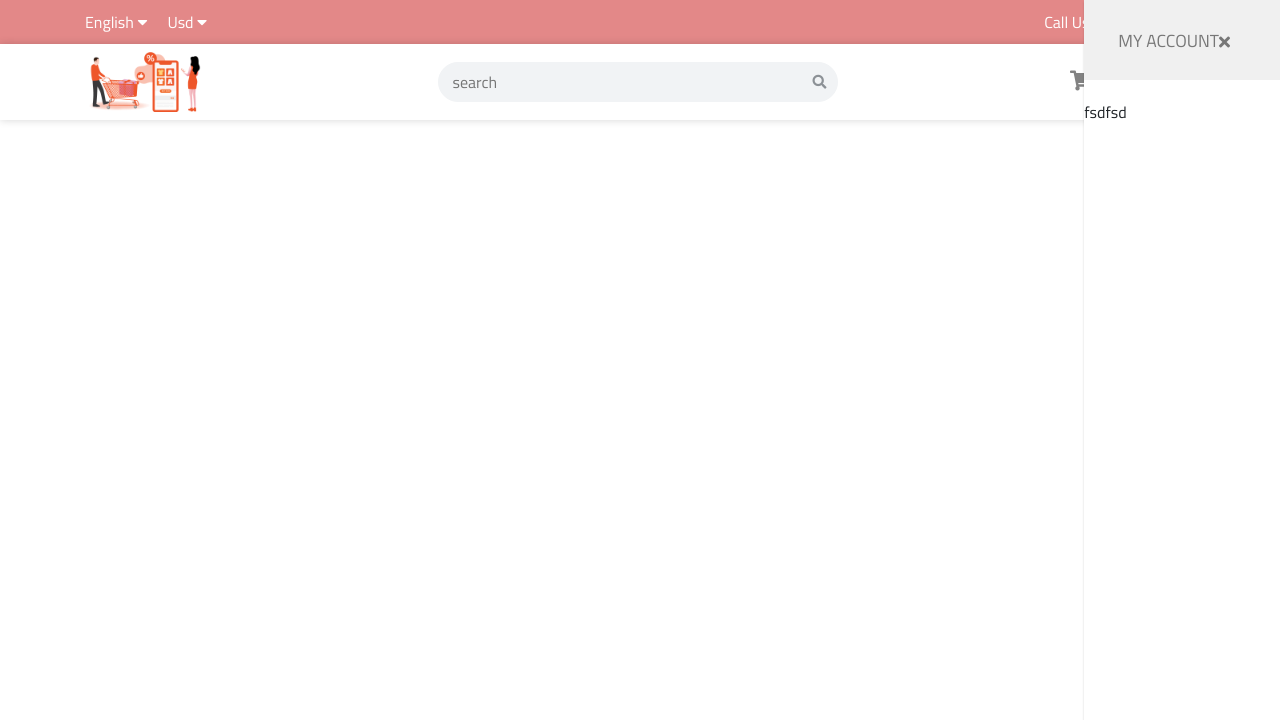
Repository: amrh20/ecommerce-temp
Page: src/index.html
The author's editor kept a copy of each file at every save. The page is drawn from the files as they stood at one save, then again after the next save.
The browser window is 1280 px wide. The pictures show the whole page.
The style sheet was rebuilt from its Sass, Less or Tailwind sources for each picture, by a compiler version that may differ from the author's.

Above is the page before, as saved 2020-01-19 13:35:11.

### src/index.html
<!DOCTYPE html>
<html lang="en" dir="ltr">

<head>
  <!-- Mobile specific metas===========================-->
  <meta charset="UTF-8">
  <meta name="viewport" content="width=device-width, initial-scale=1.0">
  <meta http-equiv="X-UA-Compatible" content="ie=edge">
  <!-- Basic page needs===========================-->
  <title>template</title>
  <!-- Favicon===========================-->
  <!-- <link rel="shortcut icon" type="image/x-icon" href="./images/fave-icon.png"> -->
  <!-- Css Base And Vendor ===========================-->
  <link rel="stylesheet" href="./vendors/bootstrap-4/css/bootstrap.min.css">
  <link rel="stylesheet" href="./vendors/fontawesome5.2/css/all.min.css">
  <link rel="stylesheet" href="./vendors/slickslider/slick.css">
  <!-- Site Style===========================-->
  <link rel="stylesheet" href="./styles/main.css">
  <!--[if lt IE 9]>
            <script src="https://oss.maxcdn.com/html5shiv/3.7.2/html5shiv.min.js"></script>
            <script src="https://oss.maxcdn.com/respond/1.4.2/respond.min.js"></script>
        <![endif]-->
</head>

<body>
  <div class="wrapper">
    <div class="body_overlay">
      <!-- start header -->
      <header>
        <div class="header">
          <!-- start top header -->
          <div class="top_header">
            <div class="container">
              <div class="top-header_content">
                <!-- dropdowns -->
                <div class="top_header-dropdowns">
                  <!-- start language dropdown -->
                  <div class="langauge-dropdown">
                    <div class="top_header-dropdown-head">
                      <span>english</span>
                      <i class="fas fa-caret-down"></i>
                      <div class="top_header-dropdown-content">
                        <ul>
                          <li>english</li>
                          <li>french</li>
                        </ul>
                      </div>
                    </div>

                  </div><!-- end language dropdown -->

                  <!-- start currency dropdown -->
                  <div class="currency-dropdown">
                    <div class="top_header-dropdown-head">
                      <span>usd</span>
                      <i class="fas fa-caret-down"></i>
                      <div class="top_header-dropdown-content">
                        <ul>
                          <li>egb</li>
                          <li>usd</li>
                        </ul>
                      </div>
                    </div>

                  </div><!-- end currency dropdown -->
                </div>
                <!-- contact -->
                <div class="top_header-contact">
                  <p>Call Us: 01010161601</p>
                </div>

              </div>


            </div>
          </div><!-- end top header -->
          <!-- start middle haeder -->
          <div class="mid_header">
            <div class="container">
              <div class="mid_header-content">
                <!-- logo -->
                <div class="logo">
                  <img src="./images/logo.png" alt="logo">
                </div>
                <!-- search -->
                <div class="search">
                  <input type="text" placeholder="search">
                  <i class="fas fa-search"></i>
                </div>
                <!-- icons -->
                <div class="icons">
                  <!-- shopping cart view -->
                  <div class="shopping-cart">
                    <div class="icon_head cart-icon_head">
                      <i class="fas fa-shopping-cart"></i>
                       <!-- numbers view -->
                       <div class="overlay_nummbers">
                         3
                       </div>
                    </div>
                  <!-- satrt content -->
                    <div class="shopping-cart_content custom_content">
                      <div class="shopping-cart_details custom_details">
                        <div class="shopping-cart_row custom_row">
                          <div class="product_img">
                            <img src="./images/product-cart.png" alt="">
                          </div>
                          <div class="product_details">
                            <p class="product_name">Marvelous Modern 3 Seater</p>
                            <p class="product_price"> 599,00 <span>egb</span> </p>
                            <p>Qty: <span>1</span></p>
                          </div>
                          <div class="delete_product">
                            <i class="fa fa-times"></i>
                          </div>
                        </div>
                        <div class="shopping-cart_row custom_row">
                          <div class="product_img">
                            <img src="./images/product-cart.png" alt="">
                          </div>
                          <div class="product_details">
                            <p class="product_name">Marvelous Modern 3 Seater</p>
                            <p class="product_price"> 599,00 <span>egb</span> </p>
                            <p>Qty: <span>1</span></p>
                          </div>
                          <div class="delete_product">
                            <i class="fa fa-times"></i>
                          </div>
                        </div>
                        <div class="shopping-cart_row custom_row">
                          <div class="product_img">
                            <img src="./images/product-cart.png" alt="">
                          </div>
                          <div class="product_details">
                            <p class="product_name">Marvelous Modern 3 Seater</p>
                            <p class="product_price"> 599,00 <span>egb</span> </p>
                            <p>Qty: <span>1</span></p>
                          </div>
                          <div class="delete_product">
                            <i class="fa fa-times"></i>
                          </div>
                        </div>
                      </div>
                   <!-- triangle view -->
                      <div class="custom-overlay">
                      </div>

                      <div class="total_price">
                        <span>sub total</span>
                        <span>800,00 egb</span>
                      </div>
                      <div class="cart_btns">
                        <button class="temp_button">view cart</button>
                        <button class="temp_button checkout_btn">checkout</button>
                      </div>
                    </div>

                  </div>
                   <!-- wishlist view -->
                  <div class="wishlist-view">
                    <div class="icon_head wishlist-icon_head">
                      <i class="far fa-heart"></i>
                      <div class="overlay_nummbers">
                        3
                      </div>
                    </div>
                    <div class="wishlist-view_content custom_content">
                      <div class="wishlist-view_details custom_detaiLs">
                        <div class="wishlist-view_row custom_row">
                          <div class="product-details">
                            <p class="product_name">Woman Ring</p>
                            <p class="product_price"> <span>1</span> x 1000,00 egb</p>
                          </div>
                          <div class="product_img">
                            <img src="./images/wishlist_product.jpg" alt="wishlist_product">
                            <i class="fa fa-times"></i>
                          </div>
                        </div>
                        <div class="wishlist-view_row custom_row">
                          <div class="product-details">
                            <p class="product_name">Woman Ring</p>
                            <p class="product_price"> <span>1</span> x 1000,00 egb</p>
                          </div>
                          <div class="product_img">
                            <img src="./images/wishlist_product.jpg" alt="wishlist_product">
                            <i class="fa fa-times"></i>
                          </div>
                        </div>
                        <div class="wishlist-view_row custom_row">
                          <div class="product-details">
                            <p class="product_name">Woman Ring</p>
                            <p class="product_price"> <span>1</span> x 1000,00 egb</p>
                          </div>
                          <div class="product_img">
                            <img src="./images/wishlist_product.jpg" alt="wishlist_product">
                            <i class="fa fa-times"></i>
                          </div>
                        </div>
                        <div class="wishlist-view_row custom_row">
                          <div class="product-details">
                            <p class="product_name">Woman Ring</p>
                            <p class="product_price"> <span>1</span> x 1000,00 egb</p>
                          </div>
                          <div class="product_img">
                            <img src="./images/wishlist_product.jpg" alt="wishlist_product">
                            <i class="fa fa-times"></i>
                          </div>
                        </div>
                      </div>
                      <div class="custom-overlay">
                      </div>
                      <div class="wishlist_btn">
                        <button class="temp_button ">view wishlist</button>
                      </div>
                    </div>

                  </div>
                  <!-- compare view -->
                  <div class="compare-view">
                    <div class="icon_head compare-icon_head">
                      <i class="fa fa-random"></i>
                      <div class="overlay_nummbers">
                        3
                      </div>
                    </div>
                    <div class="compare-view_content custom_content">
                      <div class="compare-view_details custom_detaiLs">
                        <div class="compare-view_col">
                          <img src="./images/compareproduct.jpg" alt="compareproduct">
                          <p class="product_name">Marvelous Modern 3 Seater</p>
                           <p><span>3</span> x 1000,00 egb</p>
                        </div>
                        <div class="compare-view_col">
                          <img src="./images/compareproduct.jpg" alt="compareproduct">
                          <p class="product_name">Marvelous Modern 3 Seater</p>
                           <p><span>3</span> x 1000,00 egb</p>
                        </div>
                        <div class="compare-view_col">
                          <img src="./images/compareproduct.jpg" alt="compareproduct">
                          <p class="product_name">Marvelous Modern 3 Seater</p>
                           <p><span>3</span> x 1000,00 egb</p>
                        </div>
                        <div class="compare-view_col">
                          <img src="./images/compareproduct.jpg" alt="compareproduct">
                          <p class="product_name">Marvelous Modern 3 Seater</p>
                           <p><span>3</span> x 1000,00 egb</p>
                        </div>
                      </div>
                      <div class="custom-overlay">
                      </div>
                      <div class="compare_btn">
                        <button class="temp_button ">view compare</button>
                      </div>
                    </div>
                  </div>
                  <div class="icon">
                    <i class="far fa-user"></i>
                  </div>

                </div>
              </div>
            </div>
          </div>
          <!-- end middle haeder -->
        </div>
      </header><!-- end header -->

      <!-- accounts view -->
      <div class="accounts_view">
          <div class="accounts_view-title">
            <h3>my account</h3>
            <span><i class="fa fa-times"></i></span>
          </div>
          <div class="accounts_view-content">
            fsdfsd
          </div>
      </div>
    </div>
  </div>

  </div>
  <!--Scripts Plugins========================-->
  <script src="./vendors/jquery/jquery-3.3.1.min.js"></script>
  <script src="./vendors/bootstrap-4/js/bootstrap.min.js"></script>
  <!-- Custom js ====================-->
  <script src="scripts/app.js"></script>
</body>

</html>

### src/styles/main.scss
/* imports sass files
========================*/
@import "../styles/variables.scss";
@import "../styles/buttons.scss";
@import "../styles/forms.scss";
@import "../styles/header.scss";
@import "../styles/base.scss";
@import "../styles/general.scss";

### src/styles/variables.scss
/* our sass varaibles
========================*/
$main-color :#e38888;
$second-color :#222222;
$icons-color :#828282;
$white: #fff;
$black : #000;
$top-header-hover :#e5e5e5;

### src/styles/buttons.scss
@import "../styles/variables.scss";

/* Buttons
==================================*/

### src/styles/header.scss
@import "../styles/variables.scss";

.header {

  // start top header
  .top_header {
    background-color: $main-color;
    color: $white;
    padding: 10px 0;

    .top-header_content {
      display: flex;
      justify-content: space-between;

      .top_header-dropdowns {
        display: flex;

        .langauge-dropdown,
        .currency-dropdown {
          position: relative;

          .top_header-dropdown-head {
            cursor: pointer;
            width: fit-content;
            text-transform: capitalize;

            .top_header-dropdown-content {
              background-color: $white;
              position: absolute;
              top: 52px;
              box-shadow: 0 0 8px 0 rgba(0, 0, 0, 0.17);
              color: $black;
              min-width: 80px;
              text-transform: capitalize;
              opacity: 0;
              visibility: hidden;
              transition: all 0.3s ease-in-out;

              ul {
                li {
                  padding: 10px;
                  cursor: pointer;

                  &:first-of-type {
                    padding-bottom: 0;
                  }

                  &:hover {
                    color: $main-color;
                  }
                }
              }
            }

            &:hover {
              .top_header-dropdown-content {
                opacity: 1;
                visibility: visible;
                top: 32px;
              }
            }
          }
        }

        .langauge-dropdown {
          margin-right: 20px;
        }
      }
    }
  }

  // start middle header
  .mid_header {
    box-shadow: 0 0 8px 0 rgba(0, 0, 0, 0.17);
    padding: 8px 0;

    .mid_header-content {
      display: flex;
      align-items: center;
      justify-content: space-between;

      .logo {
        img {
          max-height: 60px;
        }
      }

      // search
      .search {
        position: relative;

        input {
          border: 1px solid #f1f3f5;
          border-radius: 20px;
          background: #f1f3f5;
          min-width: 400px;
          padding: 7px 14px;
        }

        i {
          position: absolute;
          right: 11px;
          font-size: 14px;
          top: 50%;
          transform: translateY(-50%);
          color: #8c9196;
        }
      }

      // icons
      .icons {
        display: flex;

        i {
          font-size: 20px;
          color: $icons-color;
          cursor: pointer;
        }

        // shopping cart view
        .shopping-cart {
          position: relative;
          margin-right: 15px;

          .shopping-cart_row {
            .product_img {
              img {
                max-height: 100px;
              }
            }

            .product_details {
              margin: 0 15px;

              .product_name {
                font-weight: 700;
                overflow: hidden;
                text-overflow: ellipsis;
                white-space: nowrap;
                max-width: 170px;
              }

              .product_price {
                text-transform: uppercase;
                color: $main-color;
              }
            }

            .delete_product {
              i {
                color: red;
                font-size: 14px;
              }
            }
          }

          .total_price {
            display: flex;
            justify-content: space-between;
            padding: 15px 25px;
            text-transform: capitalize;
            border-top: 1px solid #eee;
            border-bottom: 1px solid #eee;

            span {
              &:first-of-type {
                color: #757575;
              }

              &:nth-of-type(2) {
                color: #010101;
                font-weight: 600;
              }
            }
          }

          .cart_btns {
            display: flex;
            justify-content: space-between;
            padding-top: 20px;

            .checkout_btn {
              background-color: $main-color;
              color: $white;

              &:hover {
                color: $main-color;
                background-color: $white;
              }
            }
          }
        }

        // wishlist veiw
        .wishlist-view {
          margin-right: 15px;
          position: relative;

          .wishlist-view_content {
            padding: 20px;
            border-top: 1px solid $main-color;
            min-width: 300px;
          }

          .wishlist-view_details {
            margin-bottom: 20px;

            &:not(:first-of-type) {
              border-top: 1px solid rgba(0, 0, 0, .15);
              padding-top: 20px;
            }
          }

          .wishlist-view_row {
            justify-content: space-between;
            padding: 0;
            margin-bottom: 20px;

            .product_name {
              font-weight: 800;
            }

            .product_img {
              border: 1px solid #ededed;
              position: relative;

              i {
                position: absolute;
                right: -8px;
                top: -10px;
                font-size: 12px;
                box-shadow: 0 2px 5px rgba(0, 0, 0, 0.2);
                width: 2rem;
                height: 2rem;
                border-radius: 50%;
                background-color: #fff;
                display: flex;
                left: c;
                color: red;
                justify-content: center;
                align-items: center;
              }
            }

          }

          .wishlist_btn {
            display: flex;
            justify-content: center;

            button {
              font-size: 14px;
              padding: 5px 15px;
            }
          }
        }

        // compare view
        .compare-view_content {
          max-width: 800px;
          overflow: auto;
        }

        .compare-view {
          margin-right: 15px;
          position: relative;

          .compare-view_details {
            display: flex;
            justify-content: space-between;

            .product_name {
              margin-top: 15px;
              font-weight: 700;
              overflow: hidden;
              text-overflow: ellipsis;
              white-space: nowrap;
              max-width: 150px;
            }
          }

          .compare-view_col {
            padding-left: 20px;
            padding-right: 20px;
            border-right: 1px solid rgba(0, 0, 0, .15);

            &:last-of-type {
              border: 0;
            }
          }
        }

        .compare_btn {
          display: flex;
          justify-content: center;
          align-items: center;
          margin-top: 25px;

          button {
            font-size: 14px;
          }
        }


      }
    }
  }

  // custom views
  .custom-overlay {
    border-color: #e38888 transparent;
    border-style: solid;
    border-width: 0 12px 12px;
    height: 0;
    width: 0;
    top: -12px;
    right: 13px;
    position: absolute;
  }

  .custom_content {
    transition: all 0.3s ease-in-out;
    position: absolute;
    min-width: 360px;
    top: 20px;
    right: -15px;
    transition: all 0.3s ease;
    opacity: 0;
    visibility: hidden;
    box-shadow: 0 2px 2px rgba(0, 0, 0, 0.17);
    background-color: $white;
    border-top: 1px solid $main-color;
    padding: 30px;

    .custom_details {
      max-height: 350px;
      overflow: auto;
    }

    &.showcontent {
      opacity: 1;
      visibility: visible;
      top: 50px;
    }
  }

  .custom_row {
    padding-bottom: 5px;
    display: flex;
    align-items: center;
  }

  .custom_details {
    max-height: 300px;
    overflow: auto;
  }

  .icon_head {
    position: relative;

    .overlay_nummbers {
      position: absolute;
      top: -14px;
      right: -11px;
      background: $main-color;
      border-radius: 50%;
      width: 13px;
      height: 13px;
      padding: 10px;
      display: flex;
      justify-content: center;
      align-items: center;
      color: $white;
      font-size: 12px;
    }
  }
}



   // accounts view
   .accounts_view {
    position: absolute;
    right: 0;
    box-shadow: 0 2px 2px rgba(0,0,0,.17);
    background-color: #fff;
    height: 100vh;
    top: 0;
    .accounts_view-title {
      color: #777;
      display: block;
      margin: 0 0 20px;
      background: #f0f0f0;
      text-transform: uppercase;
      padding: 30px 50px 24px 34px;
      display: flex;
      justify-content: space-between;
      i {
        cursor: pointer;
      }
    }
  }

### src/styles/base.scss
@import "../styles/variables.scss";

/* General elements
======================*/
*,p {
  margin: 0;
  padding: 0;
}
*,
*:focus {
  outline: none !important;
}

.highlightClass {
  color: $main-color;
}
/*import fonts
========================*/
@import url('https://fonts.googleapis.com/css?family=Ubuntu:400,700');

@font-face {
  font-family: Cairo;
  font-style: normal;
  src: local('Cairo Regular'), local('Cairo-Regular'), url("../fonts/Cairo/Cairo-Regular.ttf");
  font-display: swap;
  font-weight: 400;
}
@font-face {
  font-family: Cairo;
  font-style: normal;
  src: local('Cairo Cairo-SemiBold'), local('Cairo-Cairo-SemiBold'), url("../fonts/Cairo/Cairo-SemiBold.ttf");
  font-display: swap;
  font-weight: 600;
}
@font-face {
  font-family: Cairo;
  font-style: normal;
  src: local('Cairo Bold'), local('Cairo-Bold'), url("../fonts/Cairo/Cairo-Bold.ttf");
  font-display: swap;
  font-weight: 700;
}
/*body-layout
========================*/
html {
  font-size: 62.5%;
  overflow-x: hidden;
}
body {
  font-family: 'Cairo',  sans-serif;
  font-size: 1.6rem;

  [dir=rtl] & {
    direction: rtl;
    text-align: right;
  }
}

.wrapper {
  position: relative;
  width: 100%;
}
/* Links
==================*/
a {
  color: inherit;
  &:hover,
  &:focus {
    text-decoration: none;
    transition: all .3s ease-in-out;
    color: inherit;
  }
}
/* Images
============================*/
img {
  // display: block;
  max-width: 100%;
  height: auto;
}

// list items
ul {
  list-style: none;
  margin: 0;
}

/* inputs
============================*/

### src/styles/general.scss
@import "../styles/variables.scss";


// buttons
.temp_button {
    color: $black;
    padding: 5px 22px;
    border-radius: 18px;
    vertical-align: top;
    display: inline-block;
    background: transparent;
    border: 1px solid $main-color;
    text-transform: uppercase;
    cursor: pointer;
    transition: all .3s ease-in-out;
    &:hover {
        background-color: $main-color;
        color: $white;
    }
}

Loaded but not shown: src/vendors/bootstrap-4/css/bootstrap.min.css (library); src/vendors/fontawesome5.2/css/all.min.css (library); src/vendors/slickslider/slick.css (common file); src/vendors/jquery/jquery-3.3.1.min.js (library); src/vendors/bootstrap-4/js/bootstrap.min.js (library); src/scripts/app.js (42 lines, source omitted); src/styles/forms.scss (123 lines, source omitted)

After the next save:
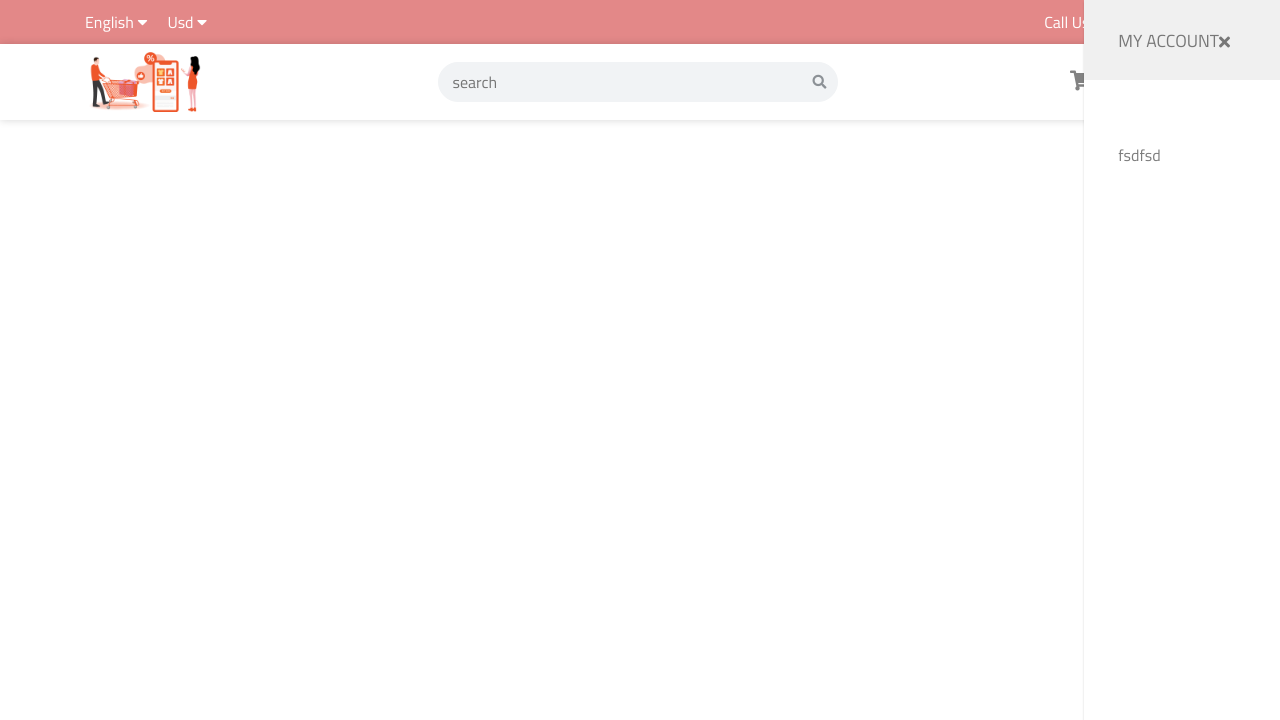
Saved 15 s later.
--- a/src/styles/header.scss
+++ b/src/styles/header.scss
@@ -399,4 +399,9 @@
         cursor: pointer;
       }
     }
-  }
+    .accounts_view-content {
+    color: #7d7d7d;
+    overflow: hidden;
+    padding: 43px 32px 37px 34px;
+    }
+  }
